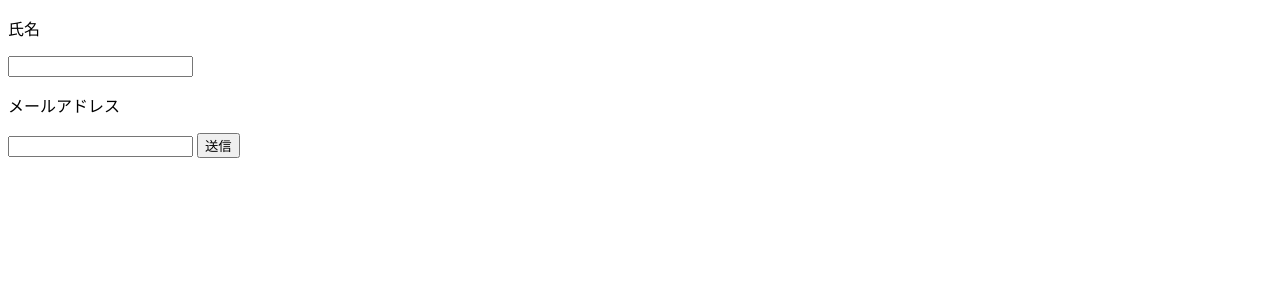
Repository: masanarimiura/20220618_miura
Page: http://localhost/
An editor plug-in stored every save of this project. The page is shown before and after the next save, followed by the edit.
The browser window is 1280 px wide. The pictures show the whole page.
The page is served by the project's Laravel application, run on PHP 8.4 with Laravel 8.

Above is the page before, as saved 2022-06-18 11:55:05.

After the next save:
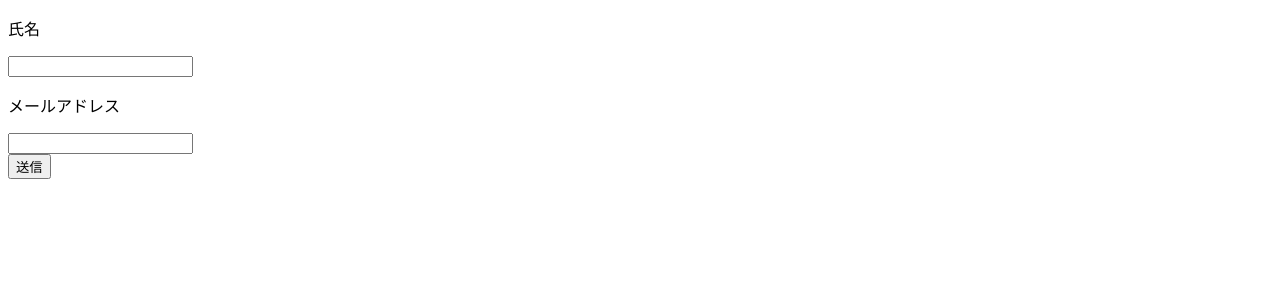
Saved 5 s later.
--- a/resources/views/index.blade.php
+++ b/resources/views/index.blade.php
@@ -22,7 +22,7 @@
         <p>氏名</p>
         <div><input type="text" name="name"></div>
         <p>メールアドレス</p>
-        <div></div><input type="email" name="email">
+        <div><input type="email" name="email"></div>
       </td>
     </tr>
       <input type="submit" value="送信">
